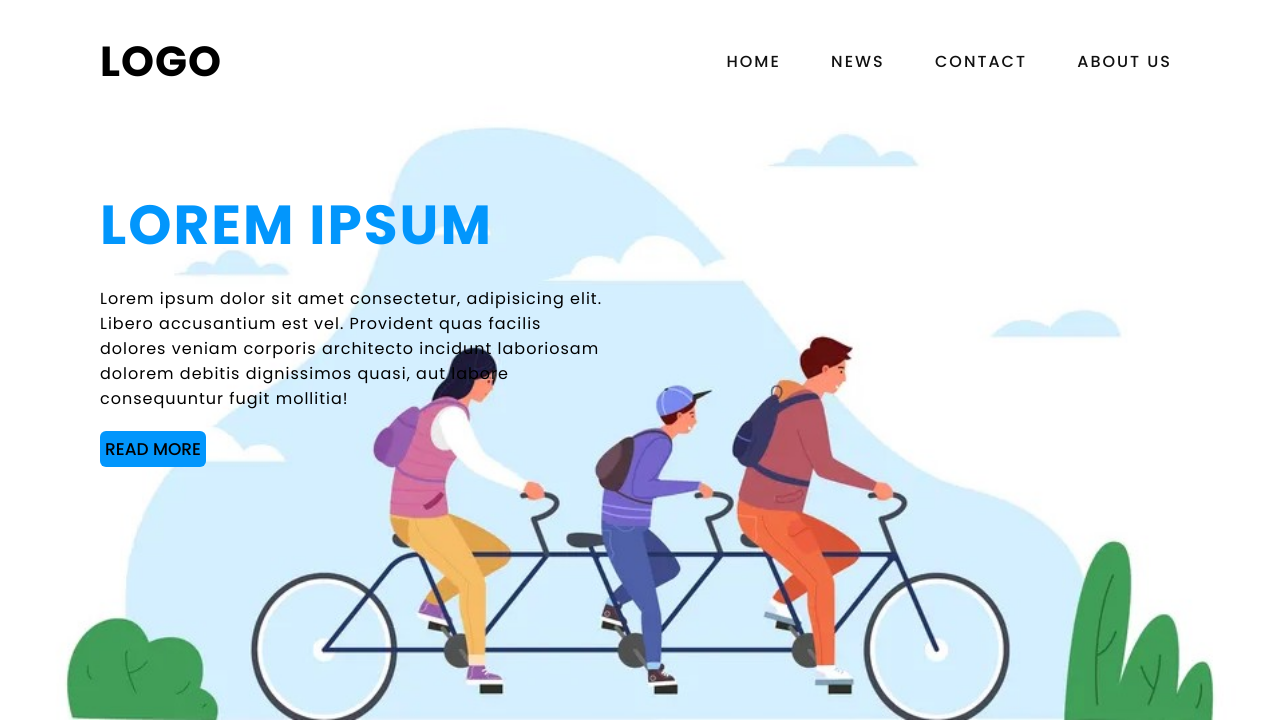
Repository: nganha241/1806
Page: index.html
An editor plug-in stored every save of this project. The page is shown before and after the next save, followed by the edit.
The browser window is 1280 px wide. The pictures show the whole page.

Above is the page before, as saved 2022-06-18 15:55:45.

### index.html
<!DOCTYPE html>
<html lang="en">
  <head>
    <meta charset="UTF-8" />
    <meta http-equiv="X-UA-Compatible" content="IE=edge" />
    <meta name="viewport" content="width=device-width, initial-scale=1.0" />
    <title>Document</title>
    <link rel="stylesheet" href="style.css" />
  </head>
  <body>
    <section>
      <header>
        <div class="logo">
          <h2>Logo</h2>
        </div>
        <div class="navigation">
          <a href="#">Home</a>
          <a href="#">News</a>
          <a href="#">Contact</a>
          <a href="#">About us</a>
        </div>
      </header>
      <div class="content">
        <h1 class="title">LOREM IPSUM</h1>
        <p class="text">
          Lorem ipsum dolor sit amet consectetur, adipisicing elit. Libero
          accusantium est vel. Provident quas facilis dolores veniam corporis
          architecto incidunt laboriosam dolorem debitis dignissimos quasi, aut
          labore consequuntur fugit mollitia!
        </p>
        <button class="btn-more">READ MORE</button>
      </div>
    </section>
  </body>
</html>

### style.css
@import url('https://fonts.googleapis.com/css2?family=Poppins:wght@300;400;500;600;700;800;900&display=swap');

* {
    box-sizing: border-box;
    padding: 0;
    margin: 0;
    font-family: 'Poppins', sans-serif;
}

a {
    text-decoration: none;
}

section {
    width: 100%;
    min-height: 100vh;
    display: flex;
    flex-direction: column;
    justify-content: flex-start;
    background: url('./bg.jpg');
    background-size: cover;
    background-position: center;
}

section header {
    position: relative;
    top: 0;
    width: 100%;
    padding: 30px 100px;
    display: flex;
    justify-content: space-between;
    align-items: center;
}

.logo {
    position: relative;
    font-size: 28px;
    letter-spacing: 1px;
    cursor: pointer;
    text-transform: uppercase;
}

.navigation a{
   letter-spacing: 2px;
   background: none;
   padding: 5px 8px;
   text-transform: uppercase;
   font-weight: 500;
   border-radius: 20px;
   color: #111;
   transition: 0.4s;
    transition-property: background;
}

.navigation a:not(:last-child) {
    margin-right: 30px;
}

.navigation a:hover {
    color: #fff;
    background: rgb(102, 167, 252);
    transition: 0.4s;
}

.content {
    margin: 60px 100px;
    width: 40%;
}

.title {
    margin-bottom: 20px;
    text-transform: uppercase;
    font-weight: 700;
    font-size: 55px;
    color: #0296FC;
    letter-spacing: 2px;
}

.text {
    margin-bottom: 20px;
    letter-spacing: 1px;
}

.btn-more {
    background: #0296FC;
    border: none;
    border-radius: 6px;
    padding: 5px;
    font-size: 17px;
    cursor: pointer;
    font-weight: 500;
    transition: 0.4s;
    transition-property: transform;
}

.btn-more:hover {
    transform: scale(1.1);
}

After the next save:
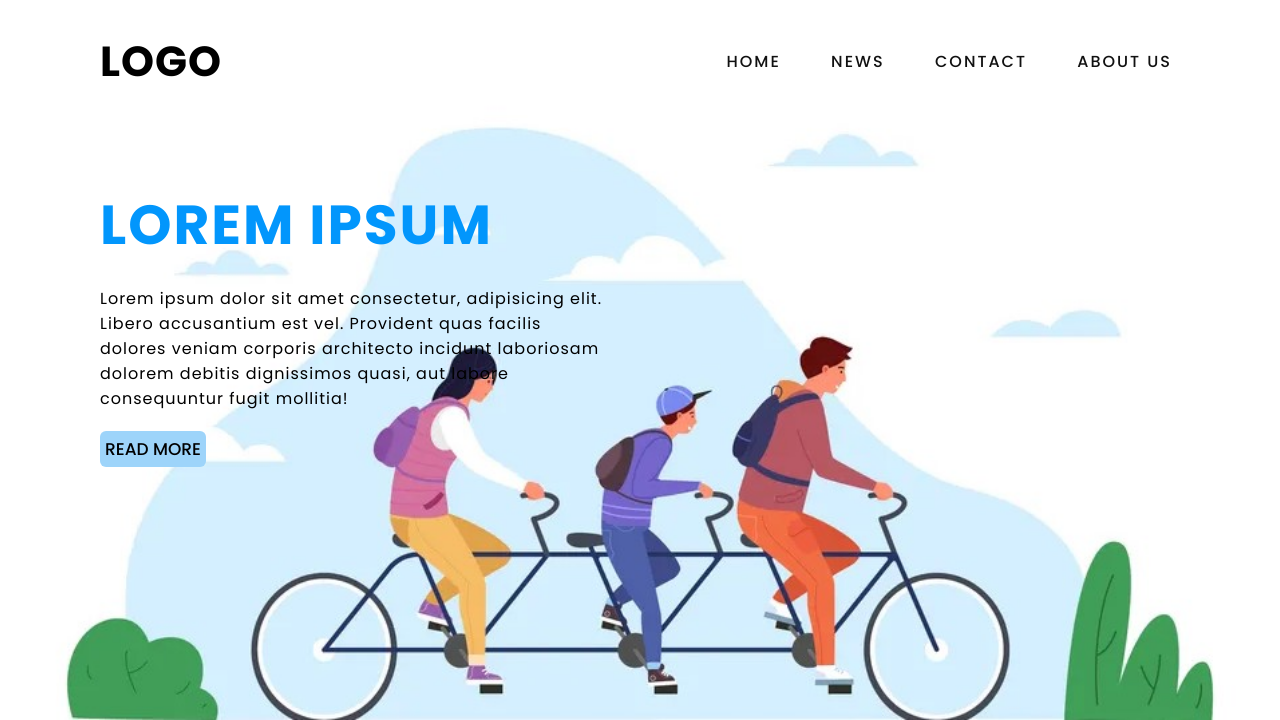
Saved 45 s later.
--- a/style.css
+++ b/style.css
@@ -82,7 +82,7 @@ section header {
 }
 
 .btn-more {
-    background: #0296FC;
+    background: #9DD4FA;
     border: none;
     border-radius: 6px;
     padding: 5px;
